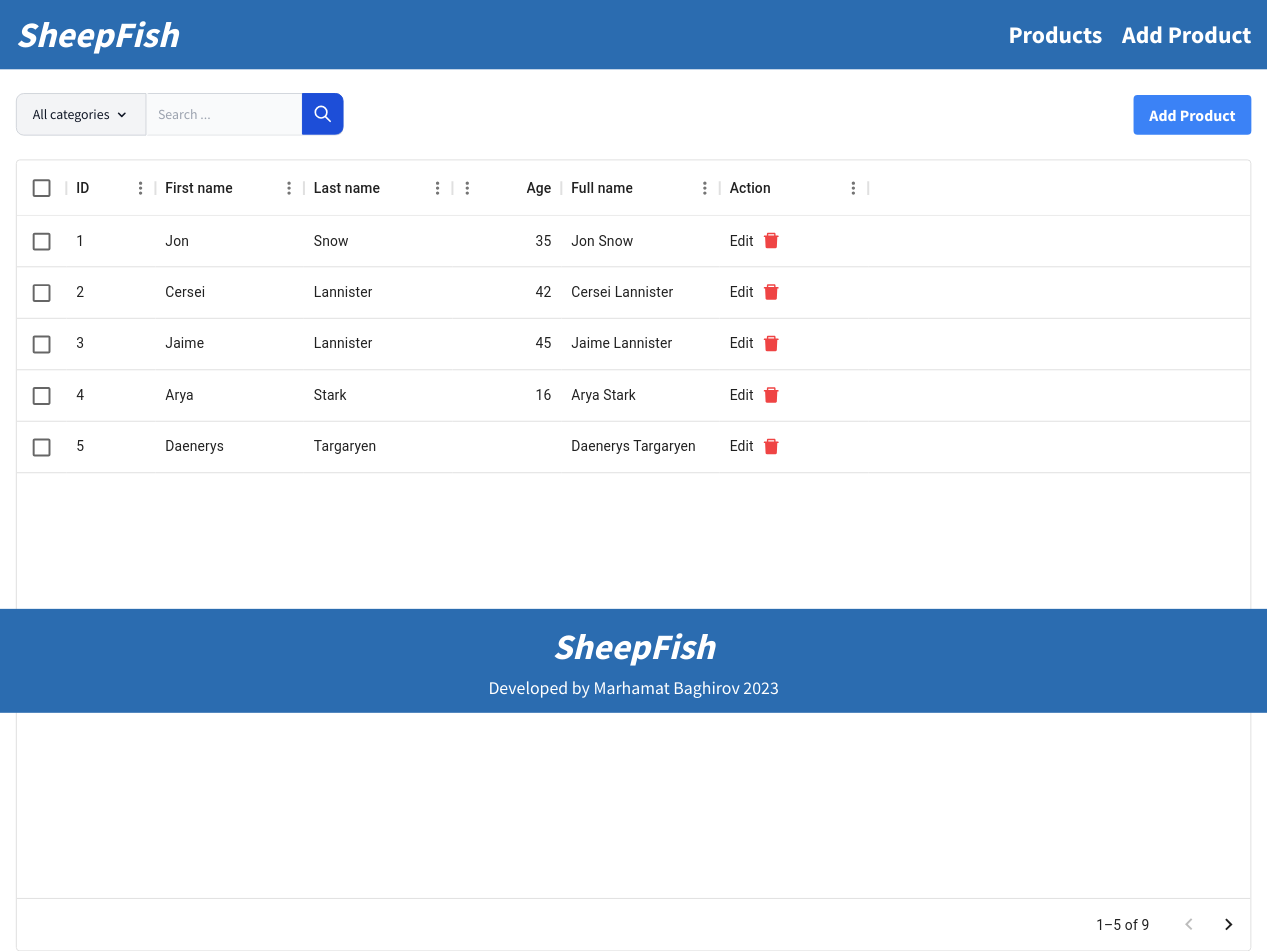
Repository: Marhamat92/sheep-fish-task
Page: /
The author's editor kept a copy of each file at every save. The page is drawn from the files as they stood at one save, then again after the next save.
The browser window is 1280 px wide. The pictures show the whole page, at 99% of full size.
The project was rebuilt for these pictures with package versions that can differ from the ones it lists, and the page was loaded fresh each time. Also part of the build but not shown: src/App.css.

Above is the page before, as saved 2023-03-28 18:00:52.

After the next save:
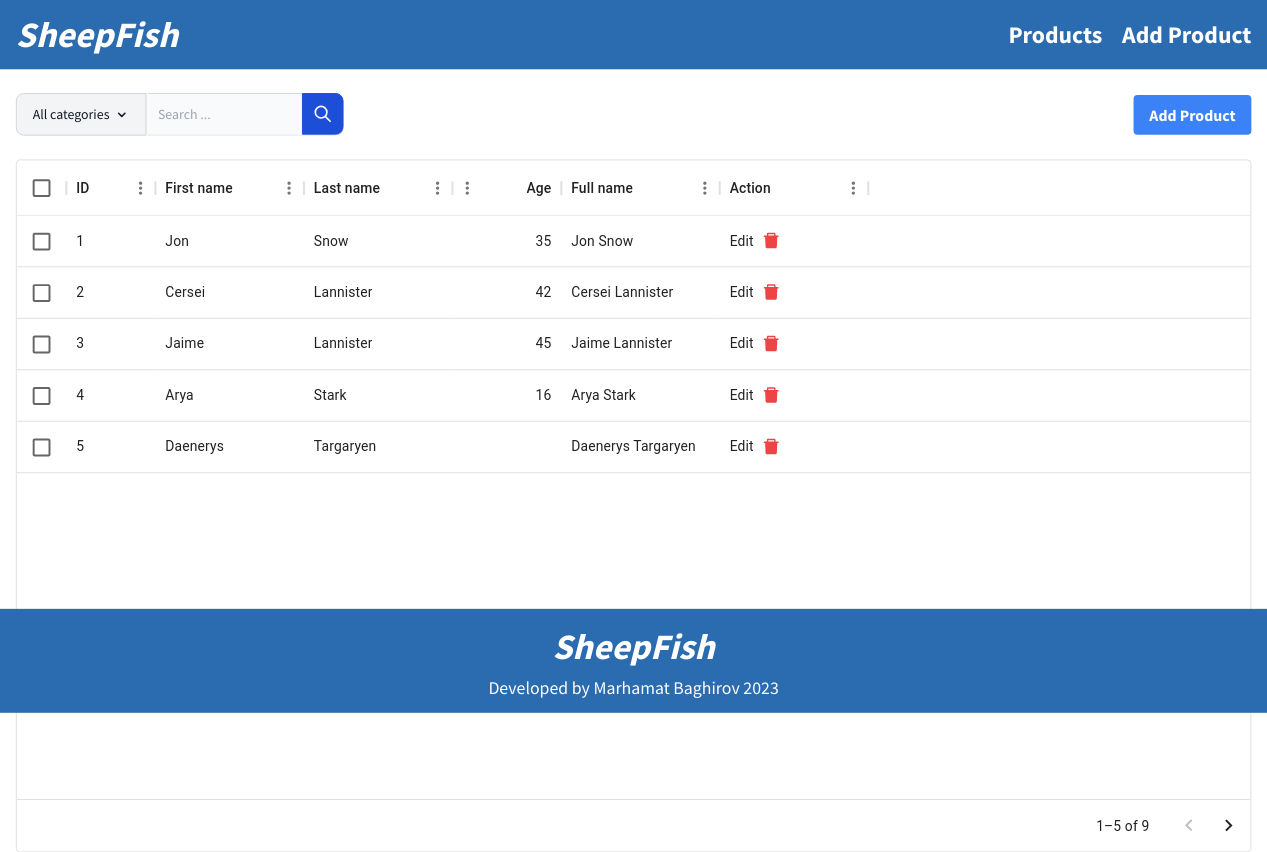
Saved 8 s later.
--- a/src/components/ListTable.tsx
+++ b/src/components/ListTable.tsx
@@ -66,7 +66,7 @@
   };
 
   return (
-    <Box sx={{ height: 800, width: "100%" }}>
+    <Box sx={{ height: 700, width: "100%" }}>
       <DataGrid
         rows={dataRows}
         columns={columns}
